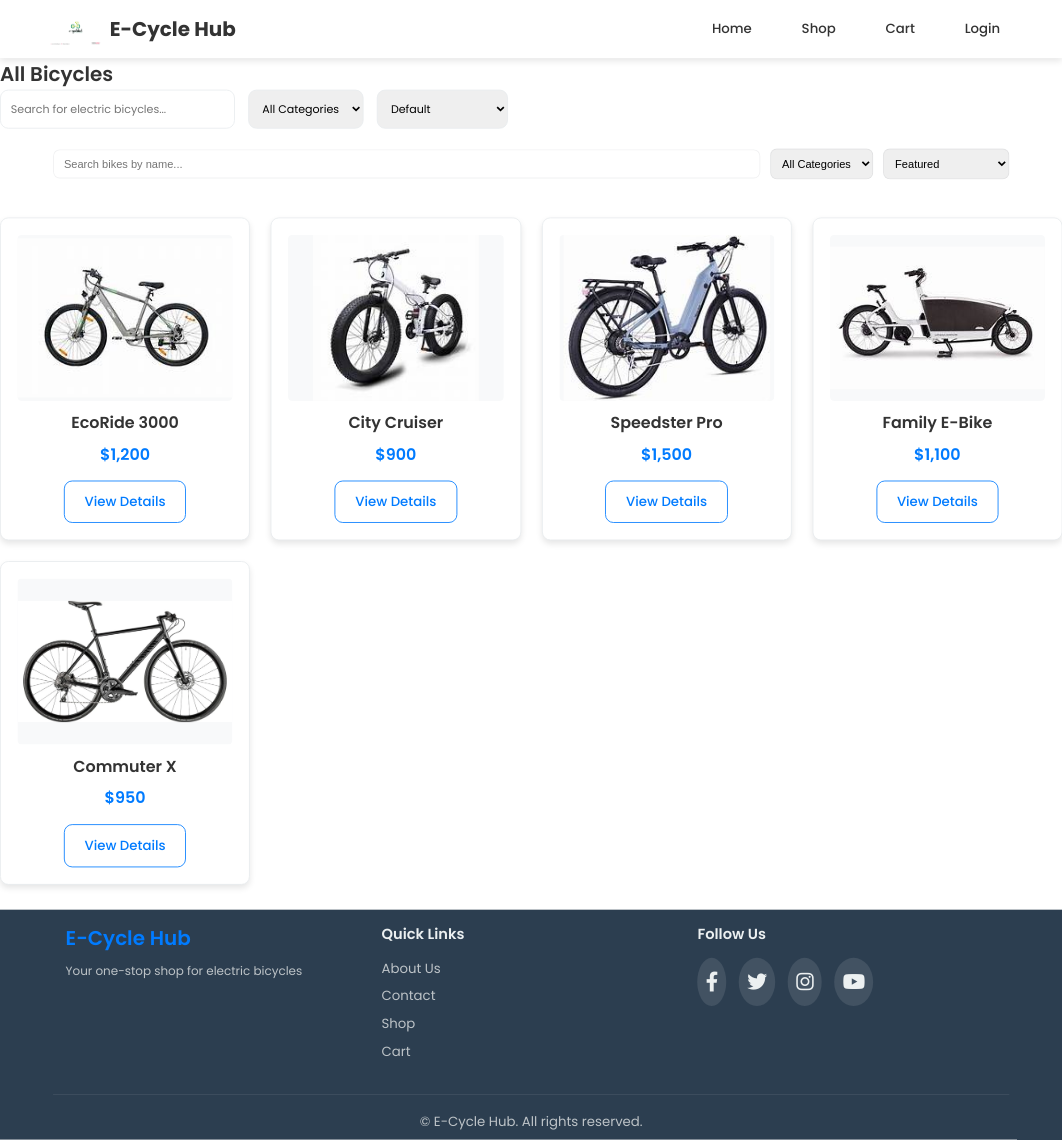
Repository: Rutuja-g/E-Cycle-Hub
Page: public/products.html
An editor plug-in stored every save of this project. The page is shown before and after the next save, followed by the edit.
The browser window is 1280 px wide. The pictures show the whole page, at 83% of full size.

Above is the page before, as saved 2025-10-24 16:11:03.
Console error: SyntaxError: Unexpected token 'export'

After the next save:
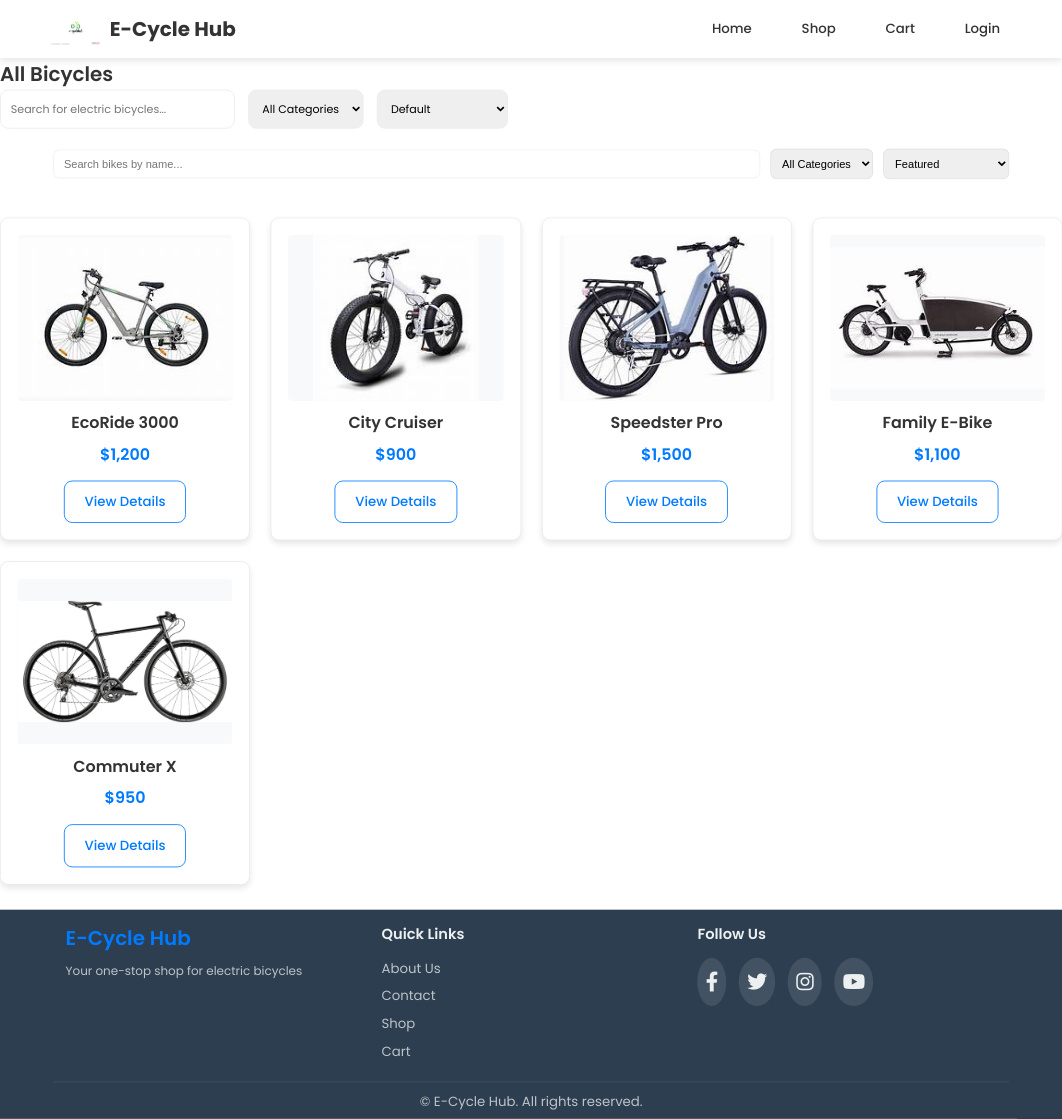
Saved 12 s later.
--- a/public/css/main.css
+++ b/public/css/main.css
@@ -580,8 +580,8 @@ a:hover {
 
 .footer-bottom {
   text-align: center;
-  margin-top: 30px;
-  padding-top: 20px;
+  margin-top: 15px;
+  padding-top: 10px;
   border-top: 1px solid rgba(255, 255, 255, 0.1);
   color: #bdc3c7;
 }
